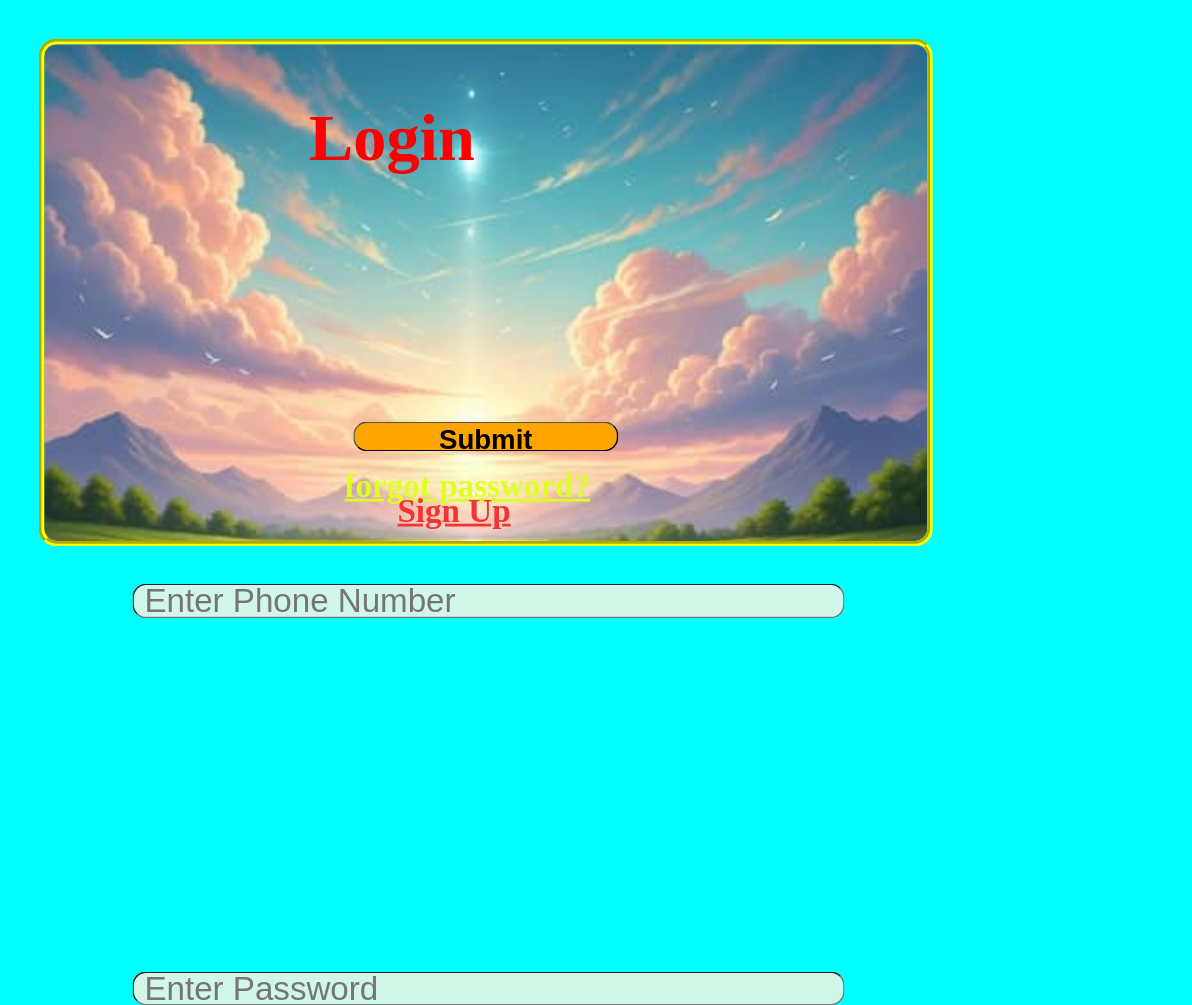
Repository: Amani-Kibet/express-app-web
Page: pages/signup/login.html
An editor plug-in stored every save of this project. The page is shown before and after the next save, followed by the edit.
The browser window is 1280 px wide. The page is 1728 px wide, so the pictures cover 1728 px, including what lies to the right of the window. The pictures show the whole page, at 69% of full size.

Above is the page before, as saved 2025-09-28 16:10:19.

After the next save:
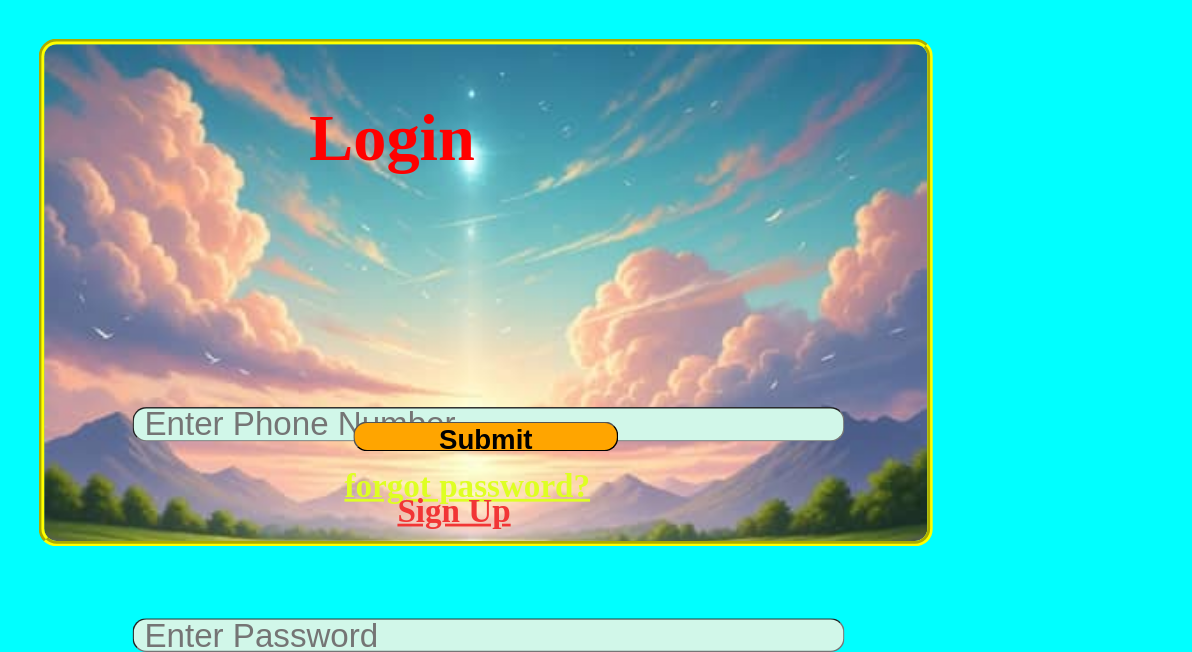
Saved 6 s later.
--- a/pages/signup/login.html
+++ b/pages/signup/login.html
@@ -24,7 +24,7 @@
       height: 6%;
       position: relative;
       left: 10%;
-      margin-top: 40%;
+      margin-top: 20%;
       border-radius: 20px;
       color: blue;
       font-size: 3em;
